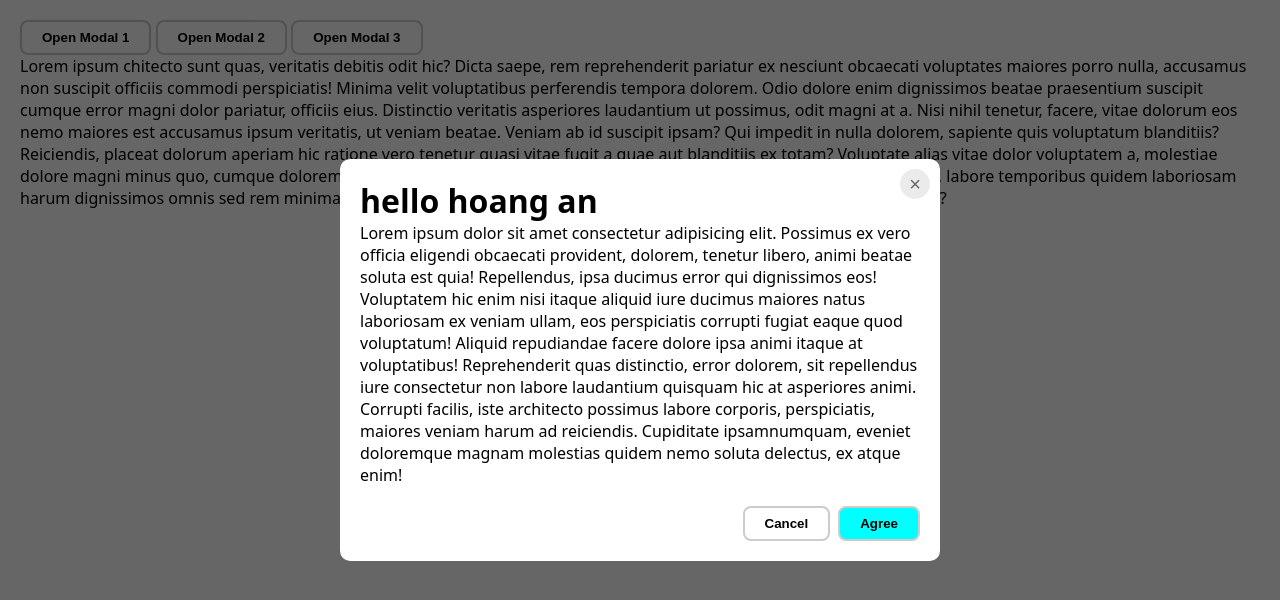
Repository: hoangan3526/Javascript-project
Page: index.html
The author's editor kept a copy of each file at every save. The page is drawn from the files as they stood at one save, then again after the next save.
The browser window is 1280 px wide. The pictures show the whole page.

Above is the page before, as saved 2026-05-04 13:39:00.

After the next save:
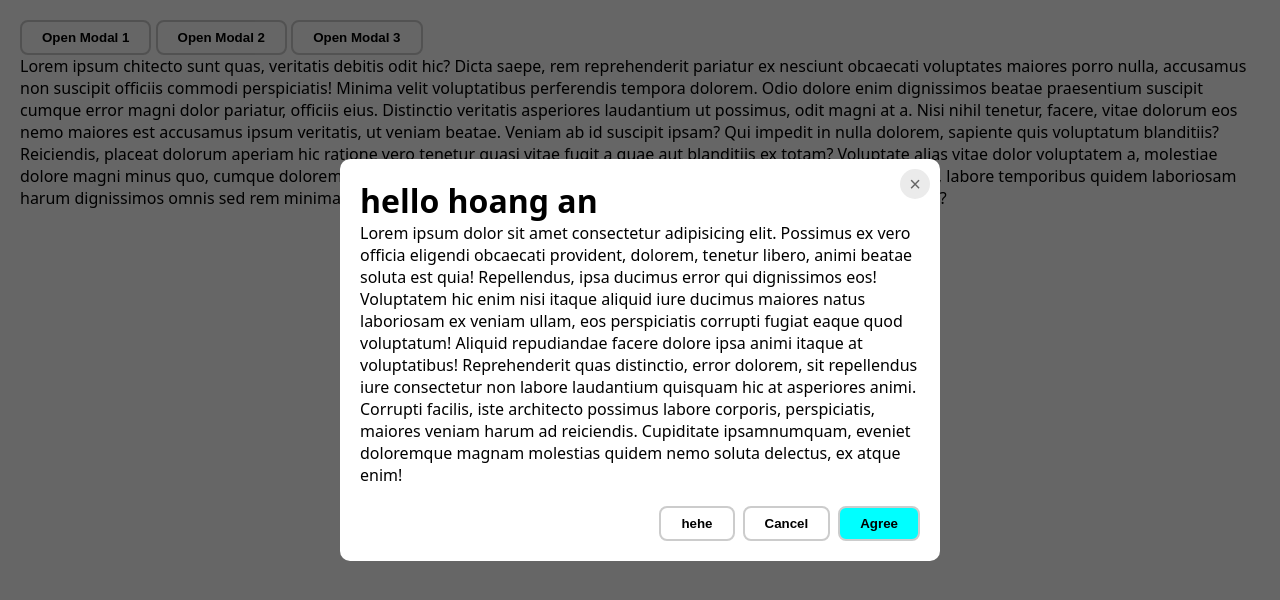
Saved 42 s later.
--- a/main.js
+++ b/main.js
@@ -214,6 +214,11 @@ const modal3 = new Modal({
 });
 
 // Thêm nút Hủy
+modal3.addfooterButton('hehe', 'btn', (e) => {
+    console.log("Bạn vừa bấm nút Hủy bỏ!");
+    modal3.close(); // Thường nút Cancel sẽ gọi lệnh đóng Modal
+});
+
 modal3.addfooterButton('Cancel', 'btn', (e) => {
     console.log("Bạn vừa bấm nút Hủy bỏ!");
     modal3.close(); // Thường nút Cancel sẽ gọi lệnh đóng Modal
